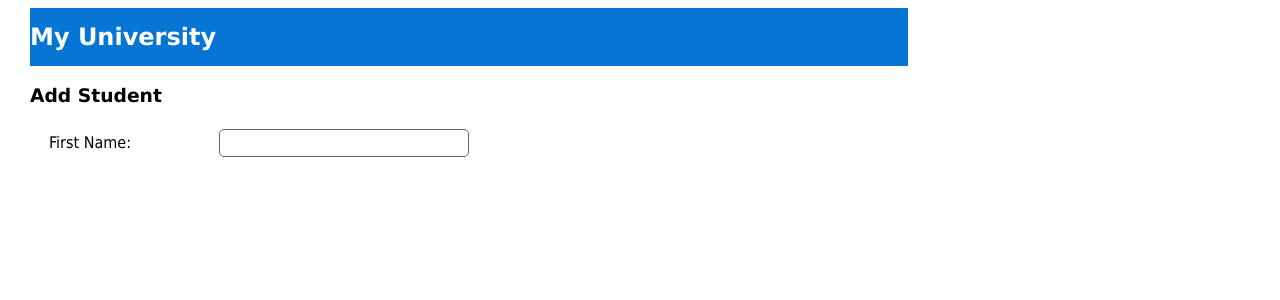
Repository: linhphan98/JavaDatabase
Page: http://localhost/web-student-tracker/add-student-form.jsp
These files come from the project's save history. The page is drawn as it stood at one moment and after the next save; the edit follows.
The browser window is 1280 px wide. The pictures show the whole page.
The page is served by Tomcat 9. Nobody is signed in. The application's start-up code is not run. Other server files are loaded and not shown.

Above is the page before, as saved 2020-01-20 17:41:42.

### web-student-tracker/WebContent/add-student-form.jsp
<html>

	<head>
		<title>Add Student</title>

		<link type="text/css" rel="stylesheet" href="css/style.css">
		<link type="text/css" rel="stylesheet" href="css/add-student-style.css">
	</head>

	<body>
		<div id="wrapper">
			<div id="header">
				<h2>My University</h2>
			</div>
		</div>

		<div id="container">
			<h3>Add Student</h3>

			<form action="StudentControllerServ" method="GET">

				<input type="hidden" name="command" value="ADD"/>

				<table>
					<tbody>
						<tr>
							<td><label>First Name: </label></td>
							<td><input type="text" name="firstName"/></td>
						</tr>
					</tbody>
				</table>
			</form>
		</div>
	</body>
</html>

### web-student-tracker/WebContent/css/style.css
html, body{
	margin-left:15px; margin-right:15px;
	padding:0px;
	font-family:Verdana, Arial, Helvetica, sans-serif;
}

table {
	border-collapse:collapse;
	border-bottom:1px solid gray;
	font-family: Tahoma,Verdana,Segoe,sans-serif;
	width:72%;
}

th {
	border-bottom:1px solid gray;
	background:none repeat scroll 0 0 #0775d3;
	padding:10px;
	color: #FFFFFF;
}

tr {
	border-top:1px solid gray;
	text-align:center;
}

tr:nth-child(even) {background: #FFFFFF}
tr:nth-child(odd) {background: #BBBBBB}

#wrapper {width: 100%; margin-top: 0px; }
#header {width: 72%; background: #0775d3; margin-top: 0px; padding:15px 0px 15px 0px;}
#header h2 {width: 100%; margin:auto; color: #FFFFFF;}
#container {width: 100%; margin:auto}
#container h3 {color: #000;}
#container #content {margin-top: 20px;}

.add-student-button {
	border: 1px solid #666;
	border-radius: 5px;
	padding: 4px;
	font-size: 12px;
	font-weight: bold;
	width: 120px;
	padding: 5px 10px;

	margin-bottom: 15px;
	background: #cccccc;
}

Loaded but not shown: web-student-tracker/WebContent/css/add-student-style.css (common file)

After the next save:
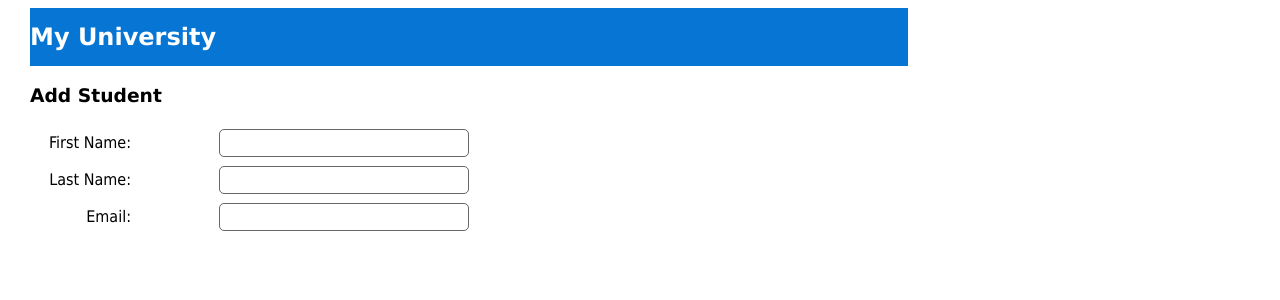
Saved 34 s later.
--- a/web-student-tracker/WebContent/add-student-form.jsp
+++ b/web-student-tracker/WebContent/add-student-form.jsp
@@ -27,6 +27,16 @@
 							<td><label>First Name: </label></td>
 							<td><input type="text" name="firstName"/></td>
 						</tr>
+
+						<tr>
+							<td><label>Last Name: </label></td>
+							<td><input type="text" name="lastName"/></td>
+						</tr>
+
+						<tr>
+							<td><label>Email: </label></td>
+							<td><input type="text" name="email"/></td>
+						</tr>
 					</tbody>
 				</table>
 			</form>
